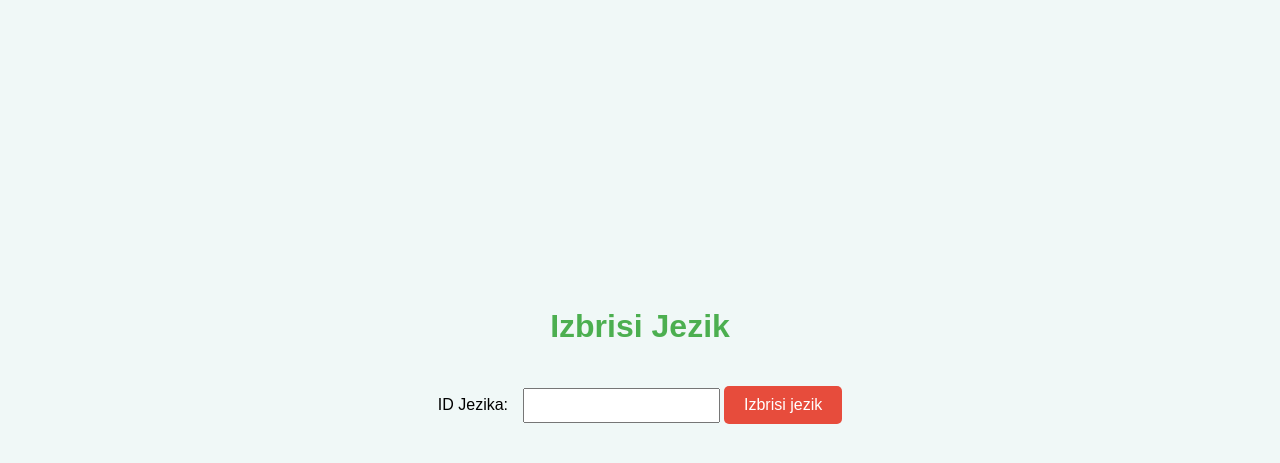
Repository: jodz4k/Polilingo-Spring-web-app
Page: http://localhost/PolilingoWeb/admIzbrisiJezik.jsp
An editor plug-in stored every save of this project. The page is shown before and after the next save, followed by the edit.
The browser window is 1280 px wide. The pictures show the whole page.
The page is served by Tomcat 10. Other server files are loaded and not shown.

Above is the page before, as saved 2024-01-29 19:14:40.

### PolilingoWeb/src/main/webapp/admIzbrisiJezik.jsp
<%@ page language="java" contentType="text/html; charset=ISO-8859-1"
    pageEncoding="ISO-8859-1"%>
<!DOCTYPE html>
<html>
<head>
    <meta charset="UTF-8">
    <meta name="viewport" content="width=device-width, initial-scale=1.0">
    <title>Administrator</title>
    <style>
        body {
            background-color: #f0f8f7; /* svetlozelena boja pozadine */
            font-family: Arial, sans-serif;
            text-align: center;
            margin: 0;
            padding: 0;
            height: 100vh;
            display: flex;
            flex-direction: column;
            align-items: center;
            justify-content: center;
        }

        h1 {
            color: #4caf50;
        }

        form {
            margin-top: 20px;
        }

        label {
            margin-right: 10px;
        }

        input {
            padding: 8px;
            margin-bottom: 10px;
        }

        button {
            padding: 10px 20px;
            font-size: 16px;
            cursor: pointer;
            background-color: #e74c3c; /* crvena boja za brisanje jezika */
            color: white;
            border: none;
            border-radius: 5px;
            transition: background-color 0.3s;
        }

        button:hover {
            background-color: #c0392b; /* tamnija nijansa na hover efektu */
        }
    </style>
</head>
<body>
    <h1>Izbrisi Jezik</h1>

    <form action="/Polilingo/administrator/obrisiJezik" method="post">
        <label for="jezikId">ID Jezika:</label>
        <input type="number" id="jezikId" name="jezikId" required>

        <button type="submit">Izbrisi jezik</button>
    </form>
</body>
</html>

After the next save:
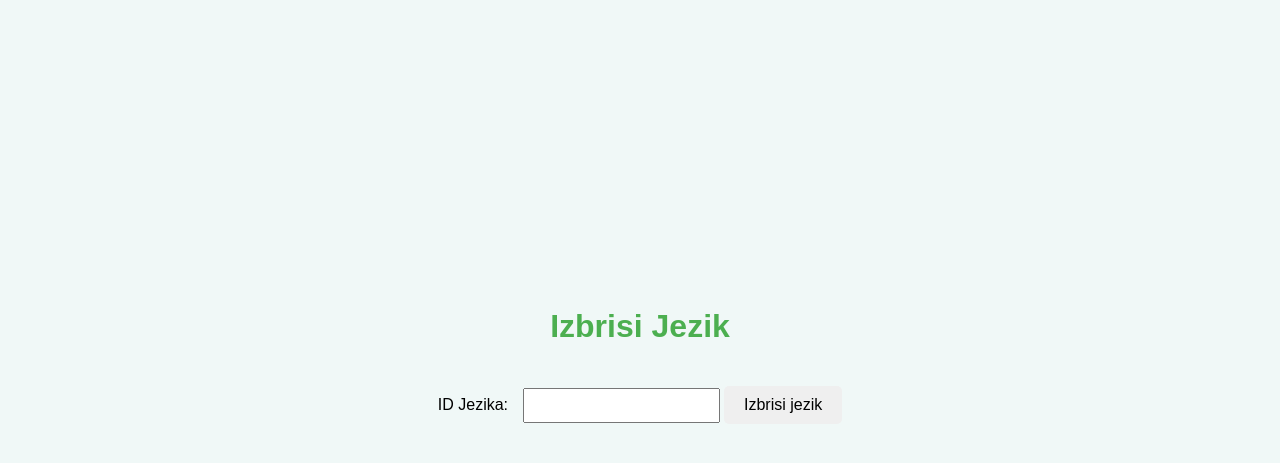
Saved 66 s later.
--- a/PolilingoWeb/src/main/webapp/admIzbrisiJezik.jsp
+++ b/PolilingoWeb/src/main/webapp/admIzbrisiJezik.jsp
@@ -41,7 +41,7 @@
             padding: 10px 20px;
             font-size: 16px;
             cursor: pointer;
-            background-color: #e74c3c; /* crvena boja za brisanje jezika */
+            background-color: #4caf50 /* crvena boja za brisanje jezika */
             color: white;
             border: none;
             border-radius: 5px;
